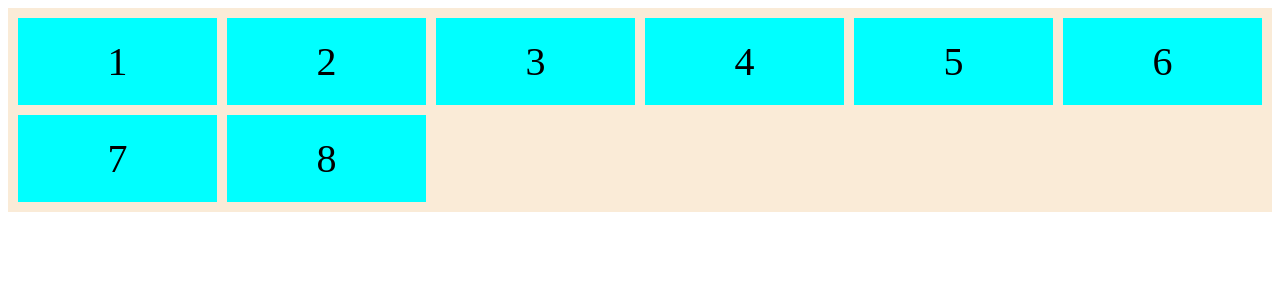
Repository: Thonghehe/Lab1_WEB106
Page: index11.html
The author's editor kept a copy of each file at every save. The page is drawn from the files as they stood at one save, then again after the next save.
The browser window is 1280 px wide. The pictures show the whole page.

Above is the page before, as saved 2024-03-05 18:01:21.

After the next save:
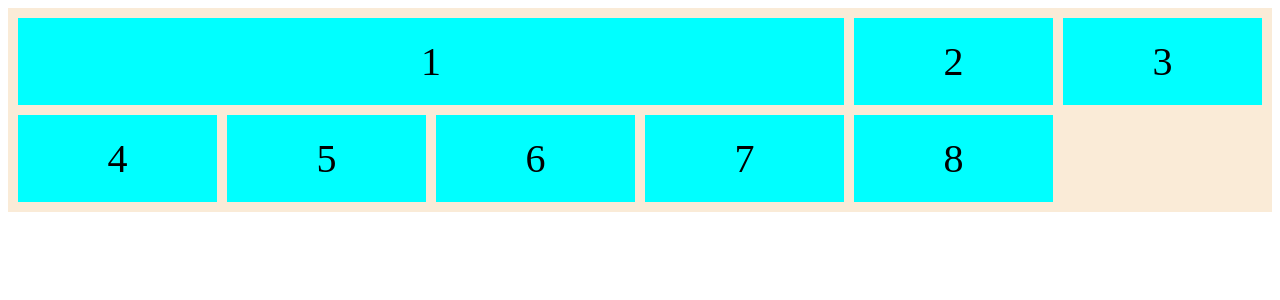
Saved 48 s later.
--- a/style.css
+++ b/style.css
@@ -12,3 +12,7 @@
     padding: 20px;
     font-size: 40px;
 }
+
+.item1 {
+    grid-column: 1/5;
+}

After the 2 saves that followed:
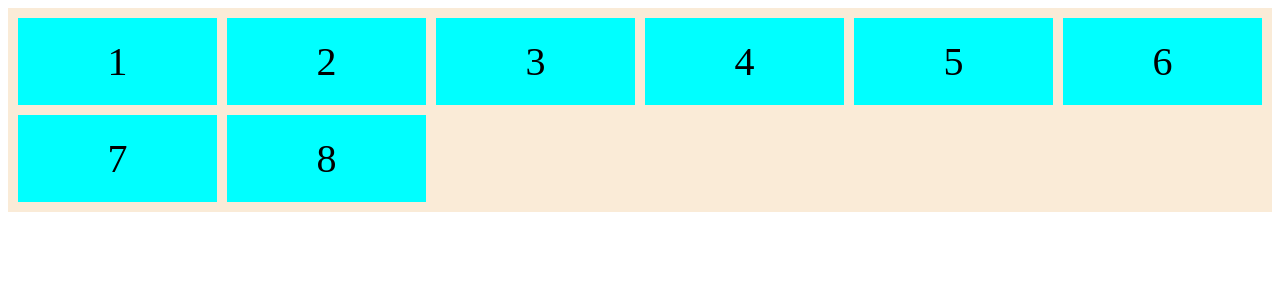
The 2 saves are shown as one change because 1 left the picture as it was.
The last was saved 45 s later.
--- a/style.css
+++ b/style.css
@@ -13,6 +13,6 @@
     font-size: 40px;
 }
 
-.item1 {
+.item1 .item2 .item3 {
     grid-column: 1/5;
 }
